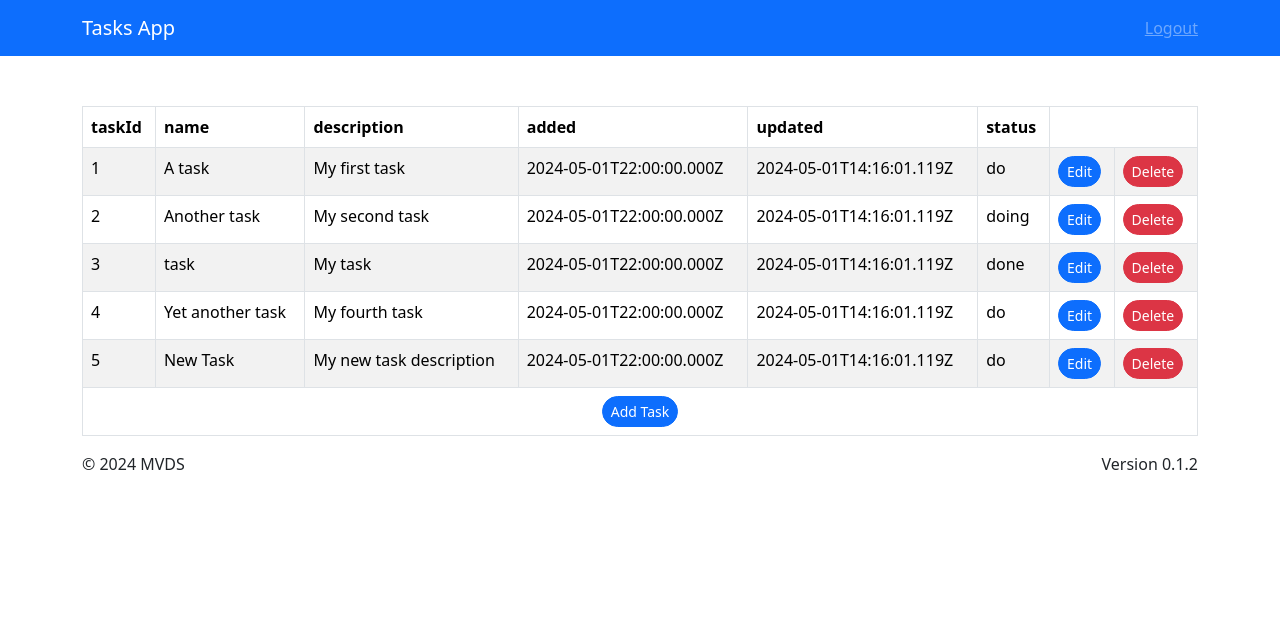
Repository: trider/react-task-manager
Page: /#/tasks
An editor plug-in stored every save of this project. The page is shown before and after the next save, followed by the edit.
The browser window is 1280 px wide. The pictures show the whole page.
The project was rebuilt for these pictures with package versions that can differ from the ones it lists, and the page was loaded fresh each time. Also part of the build but not shown: src/App.css, src/data/_Users.js, src/pages/Login.js.

Above is the page before, as saved 2024-05-07 17:58:00.

### src/App.js
// import logo from './logo.svg';
import './App.css';
import 'bootstrap/dist/css/bootstrap.min.css';
// import { BrowserRouter, Routes, Route } from "react-router-dom";
import {HashRouter as Router, Routes, Route} from "react-router-dom";
import LoginForm from "./pages/Login";
import TaskList from "./pages/Task";

// const path = process.env.REACT_APP_FOR_PATH;

function App() {
  return (
    <div>
      <Router baseline="/">
        <Routes>
          <Route index element={<LoginForm />} />
            <Route path="login" element={<LoginForm />} />
            <Route path="tasks" element={<TaskList />} />
        </Routes>
      </Router>
    </div>
  );
}

export default App;

### src/pages/Task.js
import * as React from 'react';

import { useState } from 'react';

import Table from 'react-bootstrap/Table';
import Container from 'react-bootstrap/Container';
import Button from 'react-bootstrap/Button';
import Form from 'react-bootstrap/Form';

import NavbarComponent from '../components/Navigation';
import Footer from '../components/Footer';

import userTasks from '../data/_Tasks';
import tableCols from '../data/_Cols';




const TaskTable = () => {

  const [tasks, setTasks] = useState(userTasks);
  const [taskName, setTaskName] = useState("A Task");
  const [taskDescription, setTaskDescription] = useState("Task Description");
  const [dateAdded, setDateAdded] = useState(new Date().toISOString());
  const [dateUpdated, setDateUpdated] = useState(new Date().toISOString());
  const [taskStatus, setTaskStatus] = useState("do");
  const [isAdd, setIsAdd] = useState(false);


  const addTask = (task) => {
    setDateAdded(new Date().toISOString());
    setDateUpdated(new Date().toISOString());
    setTaskStatus('do');
    setIsAdd(false);
    setTasks([...tasks, { id: tasks.length + 1, ...task }]);
  }

  const editTask = (task) => {

    setIsAdd(false);
    setTasks(tasks.map((t) => {
      if (tasks.filter((t) => t.isEdit === true).length < 1) {
        if (t.taskId === task.taskId) t.isEdit = !t.isEdit;
      }

      return t
    }));


  }

  const getButton = (task) => {

    if (task.isEdit) {
      return <Button variant="primary rounded-pill" size='sm' onClick={(e) => updateTask(task)}>
        Update
      </Button>
    }
    else {
      return <Button variant="primary rounded-pill" size='sm' onClick={(e) => editTask(task)}>
        Edit
      </Button>
    }

  }

  const updateTask = (task) => {






    setTasks(tasks.map((t) => {
      setTaskName(t.name);
      setTaskDescription(t.description);
      if (t.taskId === task.taskId) {
        t.isEdit = !t.isEdit;
        t.name = taskName;
        t.description = taskDescription;
        t.updated = new Date().toISOString();
        t.status = taskStatus;
      }
      return t;
    }));
    setIsAdd(false);



  }

  const deleteTask = (task) => {
    setTasks(tasks.filter((t) => t.taskId !== task.taskId));
  }

  const getTask = (task, col) => {
    if (task.isEdit) {
      if (col === 'name') {
        return <Form.Control
          type="text"
          value={taskName}
          onChange={(e) => setTaskName(e.target.value)}
        />
      }
      else if (col === 'description') {
        return <Form.Control
          type="text"
          value={taskDescription}
          onChange={(e) => setTaskDescription(e.target.value)}
        />
      }
      else if (col === 'status') {
        return <Form.Control
          type="text"
          value={taskStatus}
          onChange={(e) => setTaskStatus(e.target.value)}
        />
      }
      else {
        return task[col]
      }


    }
    else {
      return task[col]
    }


  }



  const showTableBody = () => {

    if (isAdd) {

      return <tbody>

        <tr>
          <td>
            {tasks.length + 1}
          </td>
          <td>
            <Form.Control
              type="text"
              value={taskName}
              onChange={(e) => setTaskName(e.target.value)}
            />
          </td>
          <td>
            <Form.Control
              type="text"
              value={taskDescription}
              onChange={(e) => setTaskDescription(e.target.value)}

            />
          </td>
          <td>
            {dateAdded}
          </td>
          <td>
            {dateUpdated}
          </td>
          <td>
            do
          </td>

          <td colSpan='2'>
            <div className="d-grid gap-2 d-md-flex justify-content-md-center">

              <Button variant="primary rounded-pill" size='sm' onClick={(e) => addTask({
                name: taskName,
                description: taskDescription,
                user: 'jonnygold',
                status: 'do',
                taskId: tasks.length + 1,
                added: new Date().toISOString(),
                updated: new Date().toISOString(),
                isActive: true,
                isEdit: false
              })}>
                Add
              </Button>
            </div>
          </td>
        </tr>



      </tbody>



    }
    else {
      return <tbody>
        {tasks.map((task) => (
          <tr key={task.id}>
            {tableCols.map((col) => (
              <td key={col}>

                {getTask(task, col)}

              </td>
            ))}

            <td>
              {getButton(task)}
            </td>
            <td>
              <Button variant="danger rounded-pill" size='sm' onClick={(e) => deleteTask(task)}>
                Delete
              </Button>
            </td>
          </tr>
        ))}



        <tr>

          <td colSpan={tableCols.length + 2} style={{ backgroundColor: "white" }}>
            <div className="d-grid gap-2 d-md-flex justify-content-md-center">
              <Button variant="primary rounded-pill" size='sm' onClick={(e) => setIsAdd(!isAdd)}>
                Add Task
              </Button>
            </div>
          </td>
        </tr>
      </tbody>

    }


  }






  return (
    <div >
      <Table striped bordered hover size="lg">
        <thead>
          <tr>
            {tableCols.map((col) => (
              <th key={col}>{col}</th>
            ))}
            <th colSpan={"2"}></th>
          </tr>
        </thead>

        {showTableBody()}

      </Table>




    </div>
  );
}


const TaskList = () => {
  return (
    <div>

      <NavbarComponent />
      <Container style={{ marginTop: "50px" }}>

        <div style={{ marginTop: "50px" }}>
          <TaskTable />
        </div>

      </Container>
      <Footer />
    </div>
  );
}

export default TaskList;

### src/components/Footer.js
import * as React from 'react';
import Container from 'react-bootstrap/Container';
import Row from 'react-bootstrap/Row';
import Col from 'react-bootstrap/Col';


const Footer = () => {
  return (
    <footer>
      <Container >
      <Row>
        <Col sm={8}>&copy; 2024 MVDS</Col>
        <Col style={{textAlign:"right"}}>Version 0.1.2</Col>
      </Row>
      </Container>
    </footer>
  );
}

export default Footer;

### src/components/Navigation.js
import * as React from 'react';
import Container from 'react-bootstrap/Container';
import Nav from 'react-bootstrap/Nav';
import Navbar from 'react-bootstrap/Navbar';
import {Link as ReactLink} from "react-router-dom";






const NavbarComponent = () => {
  return (
    <Navbar bg="primary" expand="lg" data-bs-theme="dark">
      <Container>
        <Navbar.Brand href="#home">Tasks App</Navbar.Brand>
        <Navbar.Toggle aria-controls="basic-navbar-nav" />
        <Navbar.Collapse id="basic-navbar-nav">
          <Nav className="me-auto" >
          </Nav>

          <div className='Nav'>
            <ReactLink to="/login">Logout</ReactLink>
          </div>
        </Navbar.Collapse>
      </Container>
    </Navbar>
  );
}



export default NavbarComponent;

### src/data/_Tasks.js
const userTasks= [
 {
   id: "6630ab326e723ac1ea6dce7a",
   description: "My first task",
   name: "A task",
   taskId: 1,
   user: "jonnygold",
   added: "2024-05-01T22:00:00.000Z",
   updated: "2024-05-01T14:16:01.119Z",
   status: "do",
   isActive: true,
   isEdit: false
 },
 {
   id: "6630fe5d6e723ac1ea6dce7e",
   description: "My second task",
   name: "Another task",
   taskId: 2,
   user: "jonnygold",
   added: "2024-05-01T22:00:00.000Z",
   updated:"2024-05-01T14:16:01.119Z",
   status: "doing",
   isActive: true,
   isEdit: false
 },
 {
   id: "6630fe826e723ac1ea6dce7f",
   description: "My task",
   name: "task",
   taskId: 3,
   user: "jonnygold",
   added: "2024-05-01T22:00:00.000Z",
   updated:"2024-05-01T14:16:01.119Z",
   status: "done",
   isActive: true,
   isEdit: false
 },
 {
   id: "6631f17cc4c9b7f5ab3c28c3",
   name: "Yet another task",
   description: "My fourth task",
   user: "jonnygold",
   taskId: 4,
   added: "2024-05-01T22:00:00.000Z",
   updated:"2024-05-01T14:16:01.119Z",
   isActive: true,
   status: "do",
   isEdit: false

 },
 {
   id: "66323f0d54b80929f84ebdd2",
   user: "jonnygold",
   name: "New Task",
   description: "My new task description",
   status: "do",
   taskId: 5,
   added: "2024-05-01T22:00:00.000Z",
   updated:"2024-05-01T14:16:01.119Z",
   isActive: true,
   isEdit: false
 }

]

export default userTasks

### src/data/_Cols.js
const tableCols = [
 'taskId',
 'name',
 'description',
 'added',
 'updated',
 'status',
];

export default tableCols

Loaded but not shown: public/index.html (common file); src/index.js (common file); src/index.css (common file); src/reportWebVitals.js (common file)

After the next save:
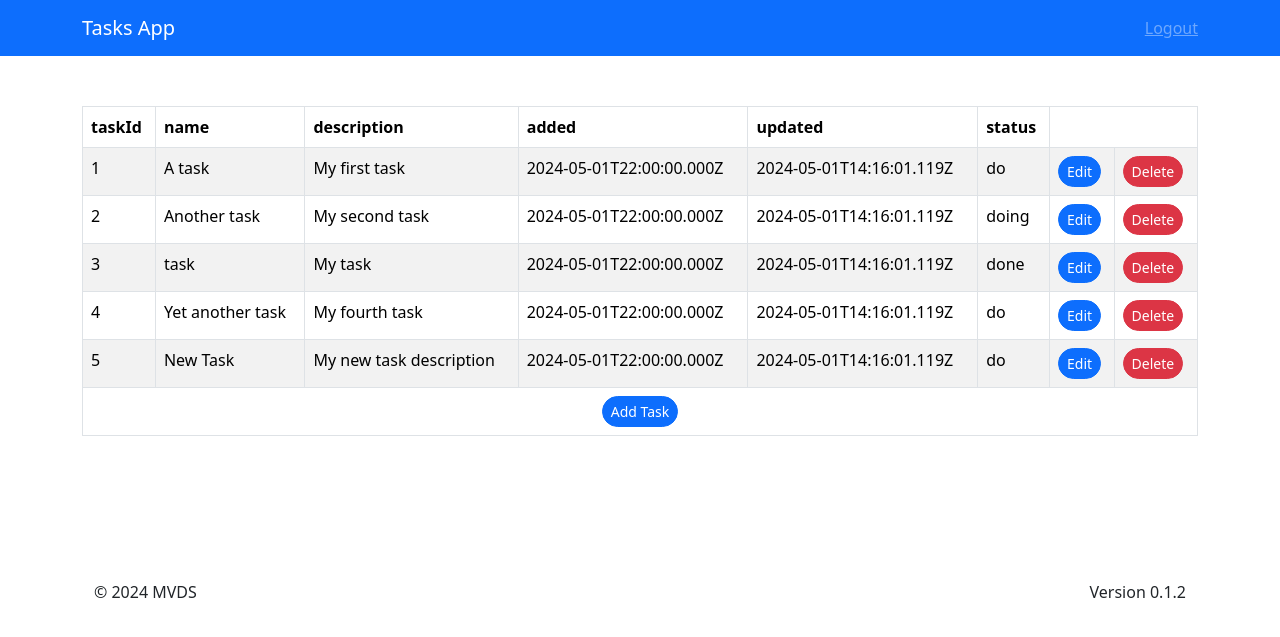
Saved 52 s later.
--- a/src/pages/Task.js
+++ b/src/pages/Task.js
@@ -276,7 +276,10 @@ const TaskList = () => {
         </div>
 
       </Container>
-      <Footer />
+      <Container style={{paddingTop:'10%'}} >
+        <Footer />
+      </Container>
+
     </div>
   );
 }
